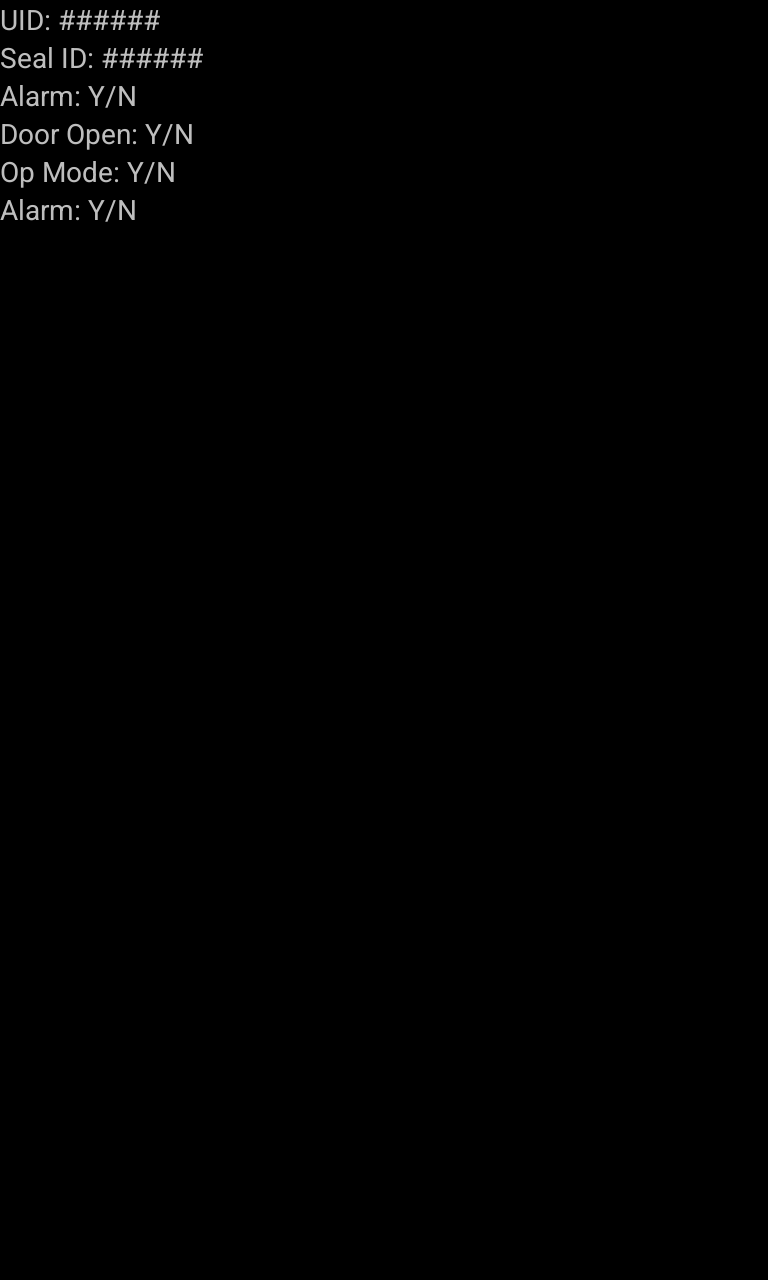
Repository: sergioenriquez/CSTE
Layout: HNAD/res/layout/devinfotab.xml
The author's editor kept a copy of each file at every save. The layout is drawn from the files as they stood at one save, then again after the next save.
It is drawn on a 768 x 1280 px phone screen (xhdpi) without system bars, with theme android:Theme.NoTitleBar; the app's code is not run.

Above is the layout before, as saved 2011-12-19 06:41:29.

### HNAD/res/layout/devinfotab.xml
<?xml version="1.0" encoding="utf-8"?>
<LinearLayout xmlns:android="http://schemas.android.com/apk/res/android"
    android:layout_width="match_parent"
    android:layout_height="match_parent"
    android:orientation="vertical" >
    <TextView
        android:text="UID: ######"
	    android:layout_width="wrap_content"
	    android:layout_height="wrap_content"/>
    <TextView
        android:text="Seal ID: ######"
	    android:layout_width="wrap_content"
	    android:layout_height="wrap_content"/>
	<TextView
        android:text="Alarm: Y/N"
	    android:layout_width="wrap_content"
	    android:layout_height="wrap_content"/>
	<TextView
        android:text="Door Open: Y/N"
	    android:layout_width="wrap_content"
	    android:layout_height="wrap_content"/>
	<TextView
        android:text="Op Mode: Y/N"
	    android:layout_width="wrap_content"
	    android:layout_height="wrap_content"/>
	<TextView
        android:text="Alarm: Y/N"
	    android:layout_width="wrap_content"
	    android:layout_height="wrap_content"/>
</LinearLayout>

After the next save:
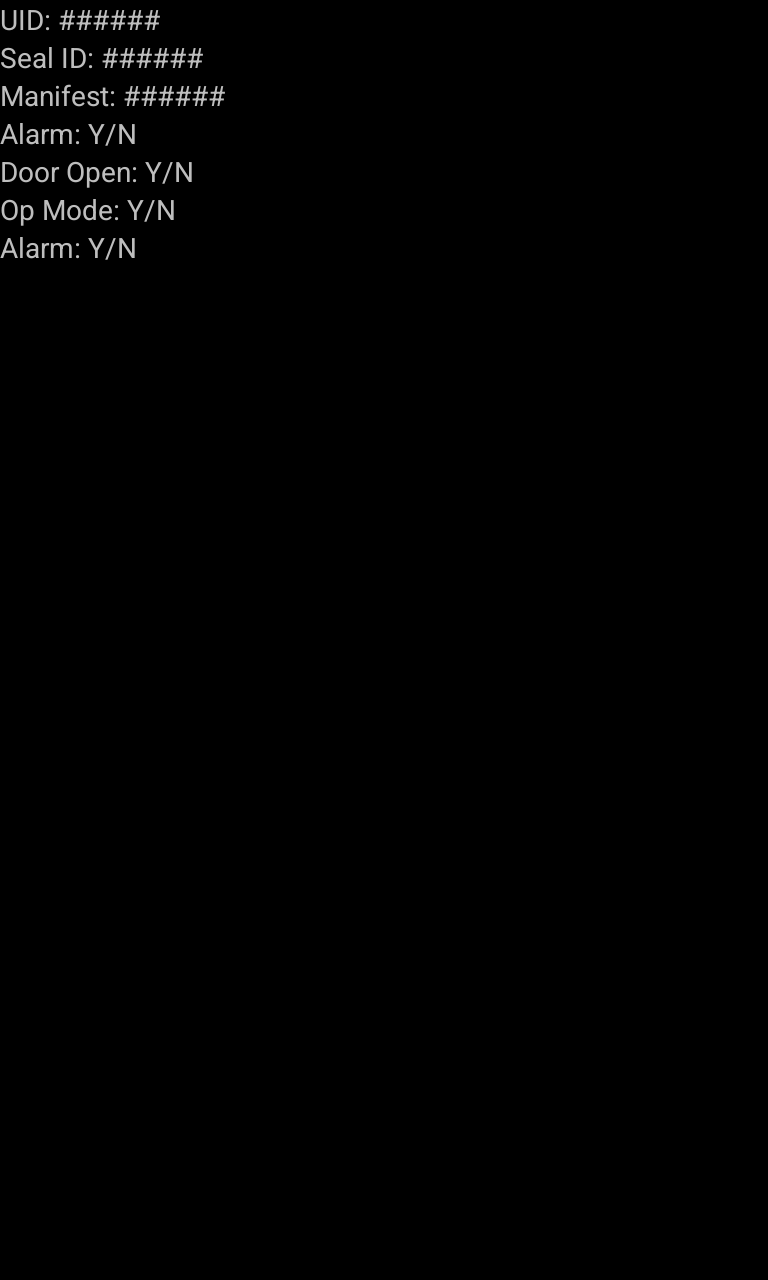
Saved 7 s later.
--- a/HNAD/res/layout/devinfotab.xml
+++ b/HNAD/res/layout/devinfotab.xml
@@ -9,6 +9,10 @@
 	    android:layout_height="wrap_content"/>
     <TextView
         android:text="Seal ID: ######"
+	    android:layout_width="wrap_content"
+	    android:layout_height="wrap_content"/>
+    <TextView
+        android:text="Manifest: ######"
 	    android:layout_width="wrap_content"
 	    android:layout_height="wrap_content"/>
 	<TextView
